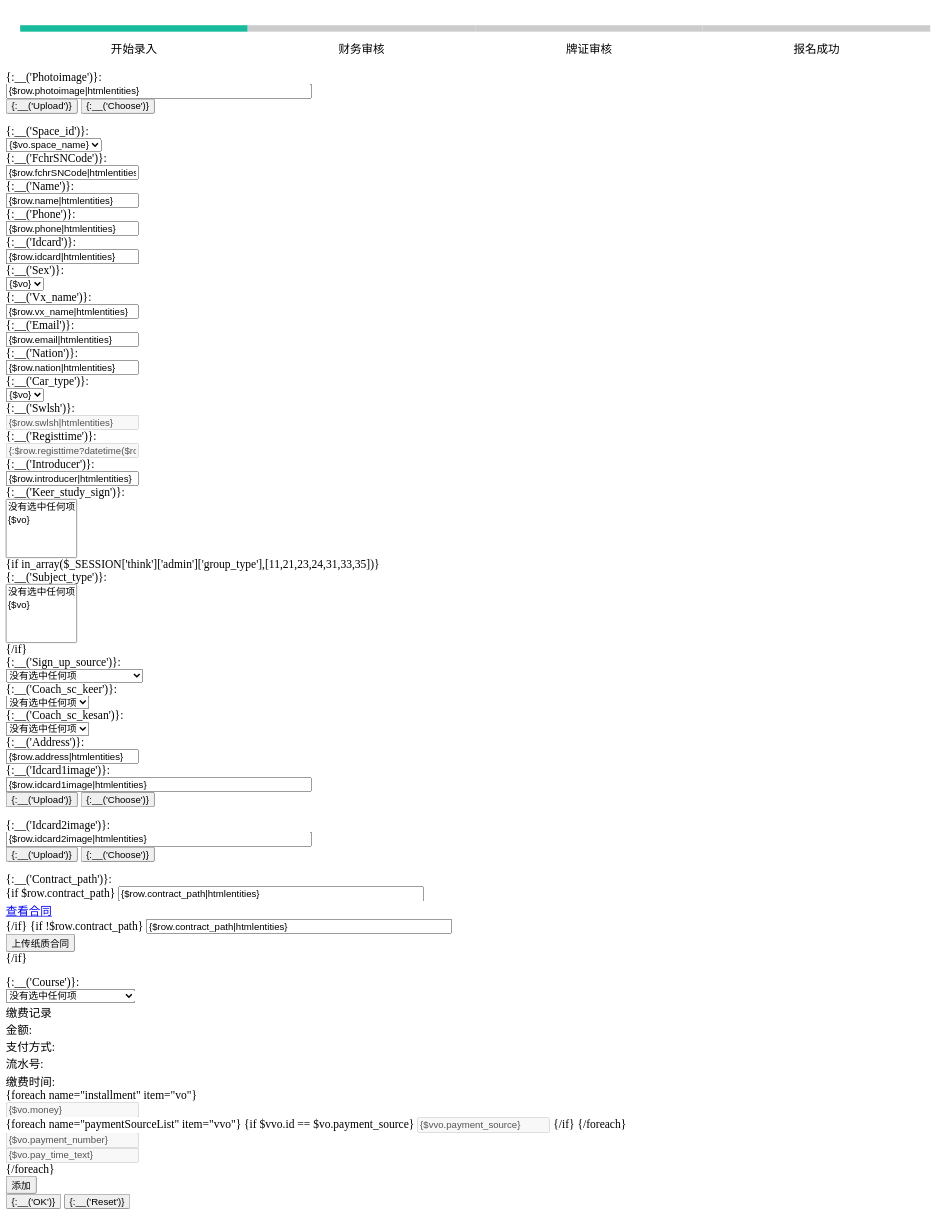
Repository: Akarin-Akari/xiaomaguantest
Page: application/admin/view/studentconfig/student/edit.html
These files come from the project's save history. The page is drawn as it stood at one moment and after the next save; the edit follows.
The browser window is 1280 px wide. The page is 1312 px wide, so the pictures cover 1312 px, including what lies to the right of the window. The pictures show the whole page, at 72% of full size.

Above is the page before, as saved 2024-01-24 15:21:59.
Console error: ReferenceError: $length is not defined

After the next save:
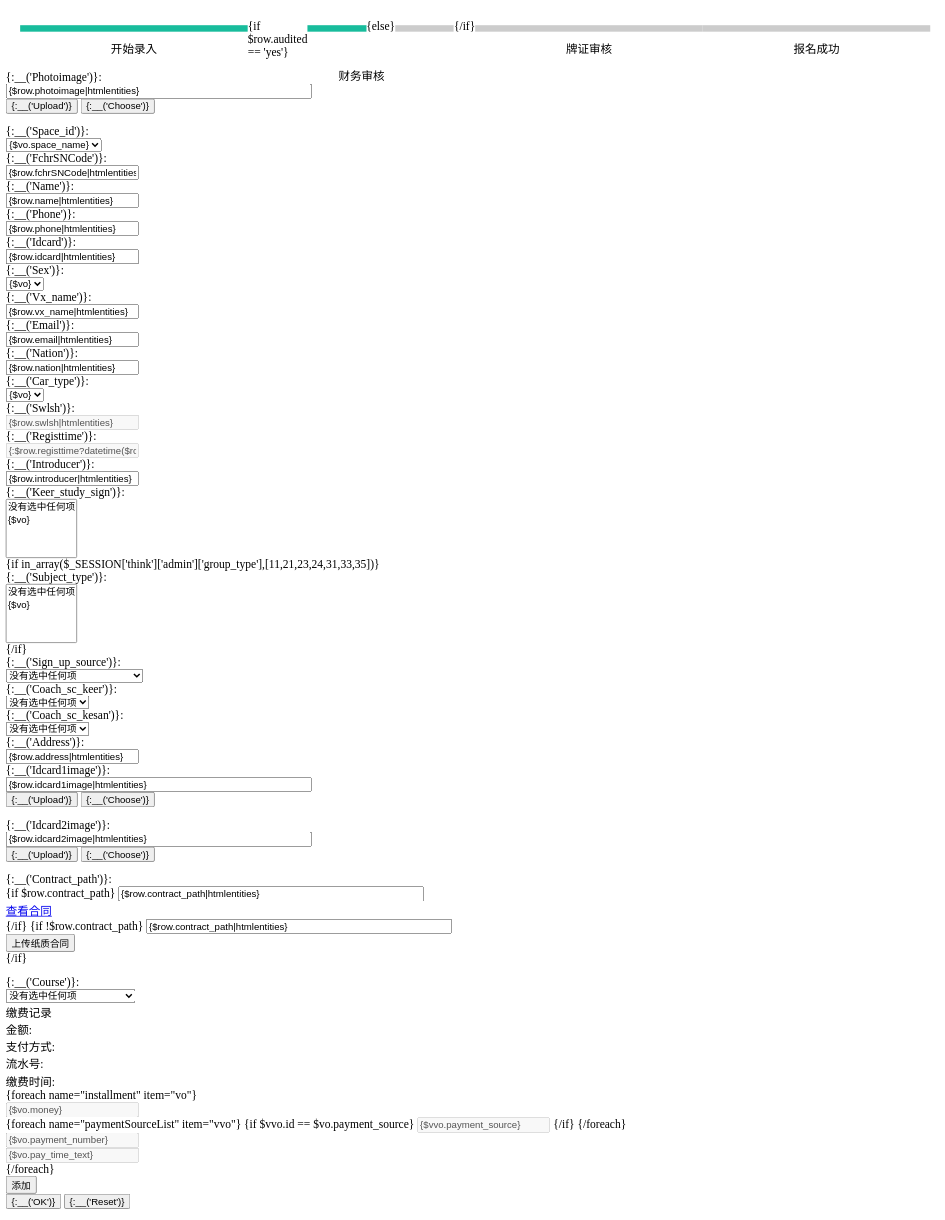
Saved 5 min 43 s later.
--- a/application/admin/view/studentconfig/student/edit.html
+++ b/application/admin/view/studentconfig/student/edit.html
@@ -50,7 +50,11 @@
             <!-- 第二部分 -->
             <div class="step">
                 <div class="step-progress  done ">
+                    {if $row.audited == 'yes'}
+                    <div class="step-line" style="background-color: #18bc9c"></div>
+                    {else}
                     <div class="step-line"></div>
+                    {/if}
                 </div>
                 <div class="step-text">
                     <span>财务审核</span>
